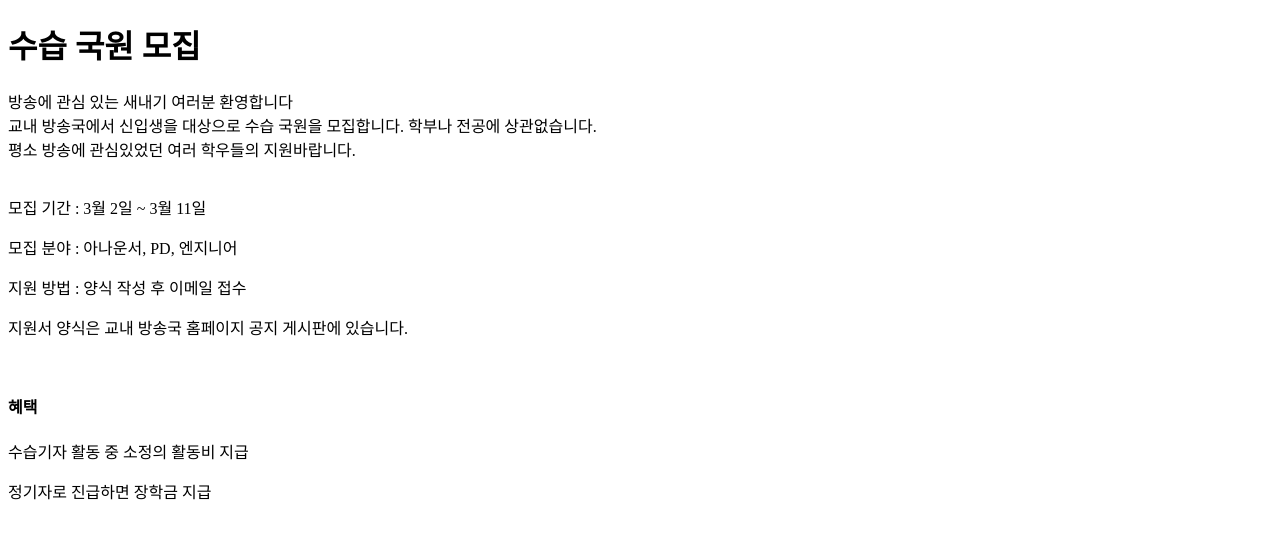
Repository: WonSeungUn/VSCODE
Page: web_work/Html/WebContent/h_mission.html
An editor plug-in stored every save of this project. The page is shown before and after the next save, followed by the edit.
The browser window is 1280 px wide. The pictures show the whole page.

Above is the page before, as saved 2024-07-08 05:10:20.

After the next save:
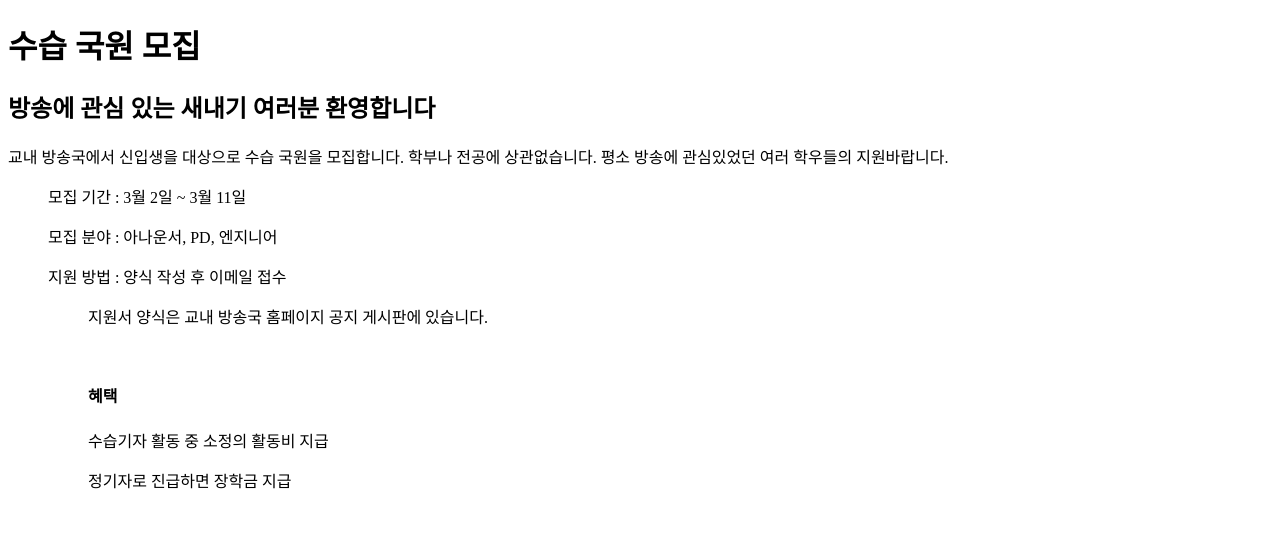
Saved 3 min 6 s later.
--- a/web_work/Html/WebContent/h_mission.html
+++ b/web_work/Html/WebContent/h_mission.html
@@ -6,14 +6,16 @@
 </head>
 <body>
 <h1>수습 국원 모집</h1>
-<div>방송에 관심 있는 새내기 여러분 환영합니다</div>
-<div>교내 방송국에서 신입생을 대상으로 수습 국원을 모집합니다. 학부나 전공에 상관없습니다.</div>
-<div>평소 방송에 관심있었던 여러 학우들의 지원바랍니다.</div>
-<br>
+<h2>방송에 관심 있는 새내기 여러분 환영합니다</h2>
+<p>
+	교내 방송국에서 신입생을 대상으로 수습 국원을 모집합니다. 학부나 전공에 상관없습니다.
+	평소 방송에 관심있었던 여러 학우들의 지원바랍니다.
+</p>
 
-<p>모집 기간 : <time>3월 2일 ~ 3월 11일</time></p>
-<p>모집 분야 : 아나운서, PD, 엔지니어</p>
-<p>지원 방법 : 양식 작성 후 이메일 접수<p>
+
+<ul>모집 기간 : <time>3월 2일 ~ 3월 11일</time></ul>
+<ul>모집 분야 : 아나운서, PD, 엔지니어</ul>
+<ul>지원 방법 : 양식 작성 후 이메일 접수<ul>
 <p>지원서 양식은 교내 방송국 홈페이지 공지 게시판에 있습니다.<p>
 <br>
 
